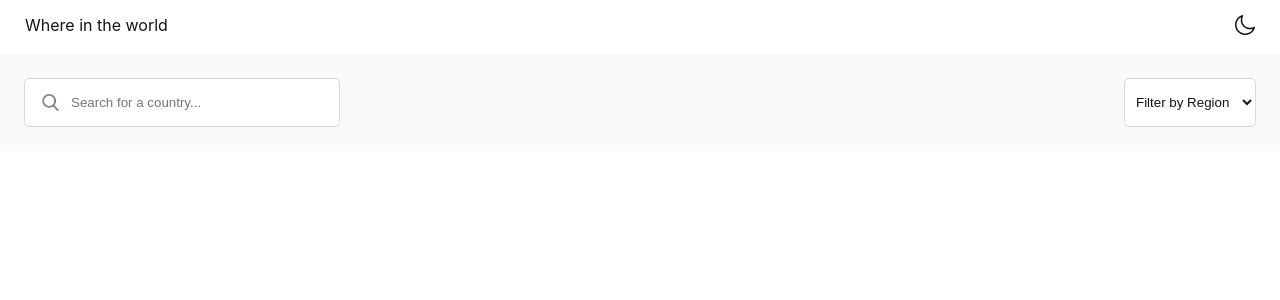
Repository: faithandjs/rest-countries-api
Page: /
These files come from the project's save history. The page is drawn as it stood at one moment and after the next save; the edit follows.
The browser window is 1280 px wide. The pictures show the whole page.
The page's requests for data from a server got no answer. The project was rebuilt for these pictures with package versions that can differ from the ones it lists, and the page was loaded fresh each time. No one was signed in, and anything a server would have sent is missing. Also part of the build but not shown: src/components/details.tsx.

Above is the page before, as saved 2022-04-14 22:13:34.

After the next save:
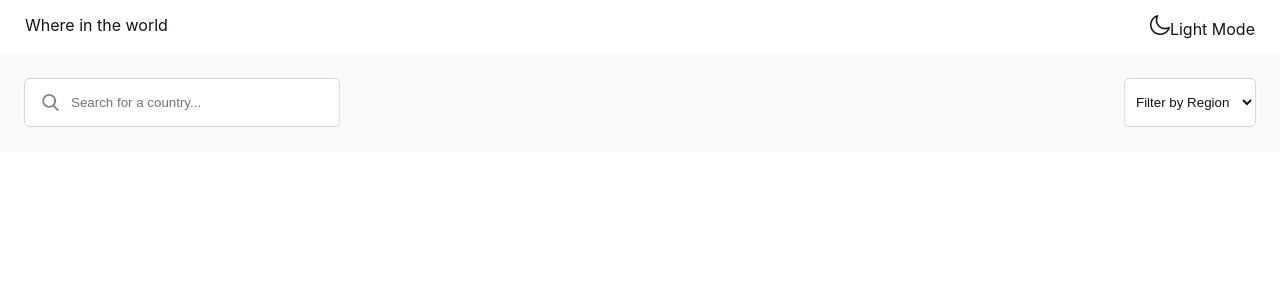
Saved 41 s later.
--- a/src/components/nav.tsx
+++ b/src/components/nav.tsx
@@ -10,7 +10,7 @@ console.log(currentIcons)
             <div>Where in the world</div>
             <div onClick={() => changeClasses()} className='mode-box'>
                 <img src={currentIcons.src} alt='mode icon' />
-                <span></span>
+                <span>{currentIcons.text}</span>
             </div>
         </div>
     );
